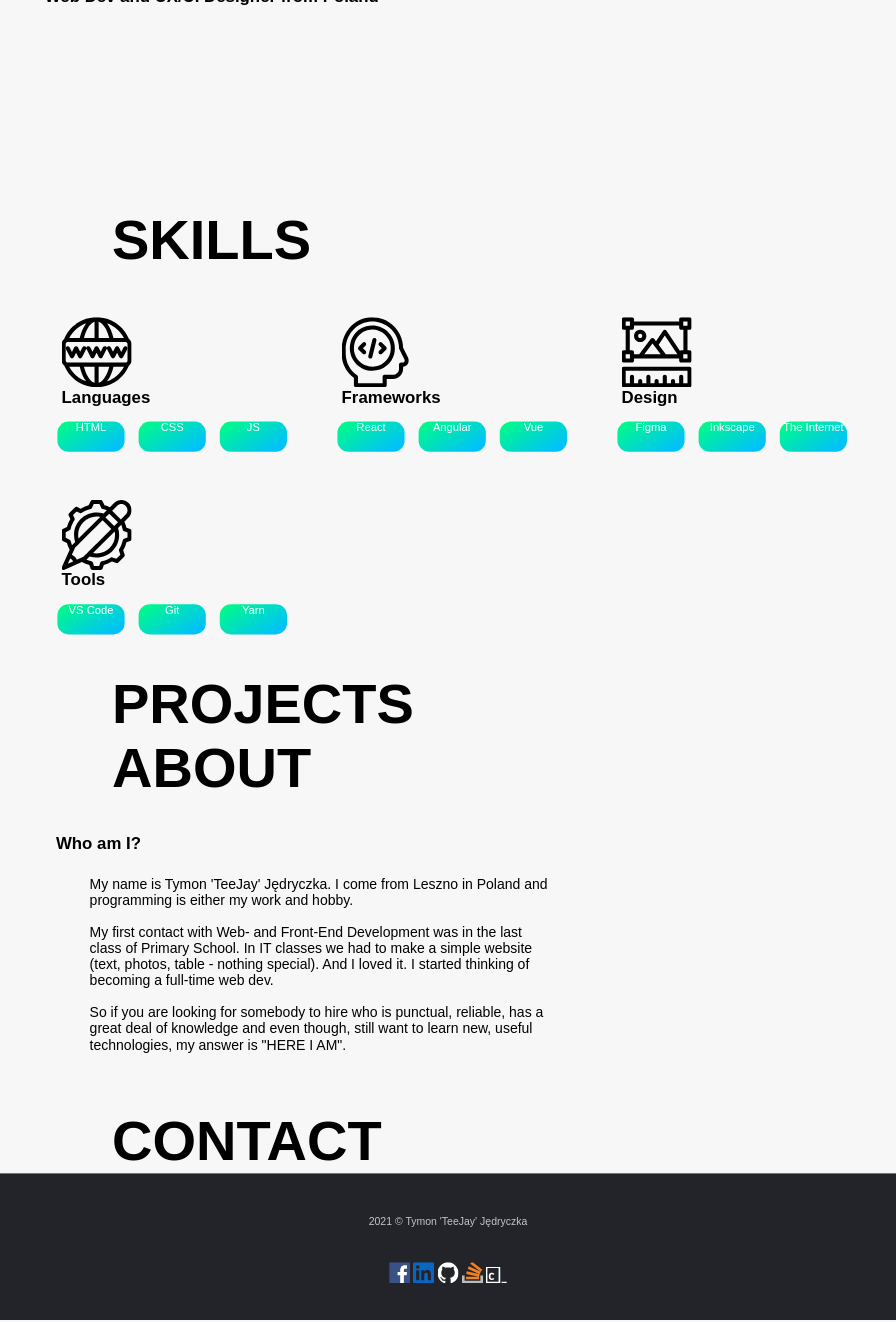
Repository: TeeJaysDev/Portfolio
Page: index.html
An editor plug-in stored every save of this project. The page is shown before and after the next save, followed by the edit.
The browser window is 1280 px wide. The pictures show the part of the page from y = 766 to 2686 px (the page is 2654 px tall before and 2686 px after), at 70% of full size.

Above is the page before, as saved 2021-04-24 20:46:00.

### index.html
<!DOCTYPE html>
<html lang="en">
<head>
    <meta charset="UTF-8">
    <meta http-equiv="X-UA-Compatible" content="IE=edge">
    <meta name="viewport" content="width=device-width, initial-scale=1.0">
    <script type="text/javascript" src="script.js"></script>
    <link rel="stylesheet" href="style.css">
    <link href="https://fonts.googleapis.com/css2?family=Raleway&display=swap" rel="stylesheet">
    <link href="https://fonts.googleapis.com/css2?family=Quicksand:wght@700&display=swap" rel="stylesheet">
    <title>Tymon Jędryczka | Portfolio</title>
</head>
<body>
    <nav>
        <a href="#skills"><h3>skills</h3></a>
        <a href="#projects"><h3>projects</h3></a>
        <a href="#about"><h3>about</h3></a>
        <a href="#contact"><h3>contact</h3></a>
    </nav>
    <header>
        <h2 class="welcome_part_h1">h1</h2>
        <h1 class="welcome_part">
            Hi, I'm <strong>Tymon</strong><br>
            I design <strong>and</strong><br>
            build <strong>incredible</strong><br>
            websites / <strong>webapps</strong>
        </h1>
        <h2 class="welcome_part_h2">
            Web Dev and UX/UI Designer from Poland
        </h2>
    </header>
    <main>
        <h1>
            SKILLS
        </h1>
        <section id="skills">
                <div class="languages">
                    <div class="box">
                        <div class="imageh2">
                            <img src="Images/svg/languages.svg">
                            <h2>Languages</h2>
                        </div>
                        <div class="text">
                            <li>HTML</li>
                            <li>CSS</li>
                            <li>JS</li>
                        </div>
                    </div>
                </div>
                <div class="frameworks">
                    <div class="box">
                        <div class="imageh2">
                            <img src="Images/svg/frameworks.svg">
                            <h2>Frameworks</h2>
                        </div>
                        <div class="text">
                            <li>React</li>
                            <li>Angular</li>
                            <li>Vue</li>
                        </div>
                    </div>
                </div>
                <div class="design">
                    <div class="box">
                        <div class="imageh2">
                            <img src="Images/svg/design.svg">
                            <h2>Design</h2>
                        </div>
                        <div class="text">
                            <li>Figma</li>
                            <li>Inkscape</li>
                            <li>The Internet</li>
                        </div>
                    </div>
                </div>
                <div class="tools">
                    <div class="box">
                        <div class="imageh2">
                            <img src="Images/svg/tools.svg">
                            <h2>Tools</h2>
                        </div>
                        <div class="text">
                            <li>VS Code</li>
                            <li>Git</li>
                            <li>Yarn</li>
                        </div>
                    </div>
                </div>
        </section>
        <section id="projects">
            <h1>
                PROJECTS
            </h1>
        </section>
        <section id="about">
            <h1>
                ABOUT
            </h1>
            <h2>
                Who am I?
            </h2>
            <p>
                My name is Tymon 'TeeJay' Jędryczka. I come from Leszno in Poland and programming is either my work and hobby.
                <br><br>
                My first contact with Web- and Front-End Development was in the last class of Primary School. In IT classes we had to make a simple website (text, photos, table - nothing special). And I loved it. I started thinking of becoming a full-time web dev.
                <!-- <br><br> I am also a self-taught dev and with CodeCademy and YouTube I get knowledge of HTML5, CSS3, JS, and its frameworks (React, Angular, Vue). I call myself a 2-in-1 developer 'cause I design things (usually in Figma) and then make them real by writing some code. -->
                <br><br>
                So if you are looking for somebody to hire who is punctual, reliable, has a great deal of knowledge and even though, still want to learn new, useful technologies, my answer is "HERE I AM".
            </p>
        </section>
        <section id="contact">
            <h1>
                CONTACT
            </h1>
        </section>
    </main>
    <footer>
        <h4>2021 &copy; Tymon 'TeeJay' Jędryczka</h4>
        <li><a href="https://facebook.com/tymonjedr/" target="_blank"><img src="Images/svg/facebook.svg" alt="Facebook LOGO"></a></li>
        <li><a href="https://linkedin.com/in/tymon-jedryczka/" target="_blank"><img src="Images/svg/linkedin.svg" alt="LinkedIn LOGO"></a></li>
        <li><a href="https://github.com/TeeJaysDev" target="_blank"><img src="Images/svg/github.svg" alt="GitHub LOGO"></a></li>
        <li><a href="https://stackoverflow.com/users/15029595/teejaysdev" target="_blank"><img src="Images/svg/stack.svg" alt="Stack LOGO"></a></li>
        <li><a href="https://codecademy.com/profiles/TeeJaysDev" target=”_blank”><img src="Images/svg/codecademy.svg" alt="CodeCademy LOGO"></a></li>
    </footer>
</body>
</html>

### style.css
* {
    margin: 0;
    padding: 0;
    font-family: sans-serif;
    text-decoration: none;
}

body {
    background-color: #F7F7F7;
}

nav {
    display: flex;
    justify-content: flex-end;
    margin-right: 0rem;
    margin-top: 0rem;
}

nav a {
    color: #000000;
    padding: 0.938rem;
    margin-top: 2rem;
    margin-right: 3.125rem;
    font-size: 1.563rem;
}

.welcome_part_h1 {
    font-family: monospace;
    font-size: 3.75rem;
    margin-top: 9rem;
    margin-left: 2.5rem;
    margin-bottom: 0rem;
}

.welcome_part {
    margin-top: 2rem;
    margin-left: 5rem;
    margin-bottom: 2rem;
    font-family: Raleway;
    font-weight: lighter;
    font-size: 5rem;
    min-width: 18ch;
}

.welcome_part_h2 {
    margin-bottom: 18rem;
    margin-left: 4rem;
}

#skills {
    display: grid;
    align-items: flex-end;
    grid-template-columns: repeat(auto-fit, 400px);
    margin-left: 4.5rem;
}

h1 {
    font-size: 5rem;
    margin-left: 10rem;
}

.imageh2 {
    display: flex;
    flex-wrap: wrap;
    align-items: flex-start;
    margin: 4rem 20rem 1rem 1rem;
}

.text {
    display: flex;
    flex-wrap: wrap;
}

.text li {
    list-style: none;
    margin: 1rem;
    color: #fff;
    text-align: center;
    align-items: center;
    border-radius: 1rem;
    margin: 5px 10px;
    width: 6rem;
    background-image: linear-gradient(147deg,#00FF7F,#00BFFF 90%);
    padding-bottom: 25px;
}

#about p {
    font-size: 1.25rem;
    max-width: 60ch;
    margin-left: 8rem;
    margin-bottom: 5rem;
    margin-top: 2rem;
}

#about h2 {
    margin-left: 5rem;
    margin-top: 3rem;
}

#projects h1 {
    width: 15%;
    margin-top: 3rem;
}

#about h1 {
    width: 15%;
}

#contact h1 {
    width: 17%;
}

footer, footer h4 {
    color: #C5C4C6;
    background-color: #232429;
    font-family: Arial, Helvetica, sans-serif;
    font-size: 0.938rem;
    font-weight: lighter;
    text-align: center;
    z-index: -1;
    padding-top: 1.875rem;
    padding-bottom: 3.125rem;
}

footer li{
    margin: 0 1.25;
    display: inline;
}

body .error {
    text-align: center;
}

.error p {
    font-family: Quicksand;
    font-weight: 700;
    color: #000000;
    font-size: 20rem;
    margin-top: 5rem;
}

.error button a {
    text-decoration: none;
    text-align: center;
    color: #000000;
    font-size: 2rem;
    padding: 3rem;
}

.error .mainError {
    display: flex;
    text-align: center;
    margin-left: 40rem;
    margin-right: auto;
}

.error img {
    width: 250px;
}

.error button {
    margin-top: 10rem;
}
/* Smartphone (portrait) --- */

@media only screen
and (min-width: 320px)
and (max-width: 767px) {

    nav {
        display: flex;
        justify-content: flex-end;
        margin-right: 1rem;
        margin-top: 0rem;
    }

    nav a {
        padding: 0.938rem;
        margin-top: 2rem;
        margin-right: -1rem;
        font-size: 1rem;
    }

     main .welcome_part_h1 {
        font-family: monospace;
        font-size: 2.5rem;
        margin-top: 9rem;
        margin-left: 1rem;
    }

    main .welcome_part {
        margin-top: 1rem;
        margin-left: 2rem;
        margin-bottom: 2rem;
        font-size: 1.63rem;
        min-width: 18ch;
    }

    main .welcome_part_h2 {
        margin-bottom: 10rem;
        margin-left: 2rem;
        font-size: 1rem;
    }

    section h1 {
        font-size: 3rem;
        margin-bottom: 1.563rem;
    }

    #about p {
        font-size: 1.25rem;
        max-width: 22ch;
        margin-left: 2rem;
        margin-bottom: 5rem;
    }

    #about h2 {
        margin-left: 2rem;
        margin-top: 5rem;
    }

    footer, footer h4 {
        padding-top: 1.875rem;
        padding-bottom: 3.125rem;
        width: 100%;
    }

    footer li{
        margin: 0 1.25;
        display: inline;
    }
}



@media only screen
and (min-width: 768px)
and (max-width: 1024px)
and (orientation: portrait) {

    * {
        margin: 0;
        padding: 0;
        font-family: sans-serif;
        text-decoration: none;
    }

    body {
        background-color: #F7F7F7;
    }

    nav {
        display: flex;
        justify-content: flex-end;
        margin-right: 0rem;
        margin-top: 0rem;
    }

    nav a {
        color: #000000;
        padding: 0.938rem;
        margin-top: 2rem;
        margin-right: 3.125rem;
        font-size: 1.563rem;
    }

     main .welcome_part_h1 {
        font-family: monospace;
        font-size: 3.75rem;
        margin-top: 13rem;
        margin-left: 2.5rem;
        margin-bottom: 0rem;
    }

    main .welcome_part {
        margin-top: 2rem;
        margin-left: 5rem;
        margin-bottom: 2rem;
        font-family: Raleway;
        font-weight: lighter;
        font-size: 3.9rem;
        min-width: 18ch;
    }

    main .welcome_part_h2 {
        margin-bottom: 20rem;
        margin-left: 4rem;
    }

    #about p {
        font-size: 1.25rem;
        max-width: 45ch;
        margin-left: 8rem;
        margin-bottom: 5rem;
    }

    #about h2 {
        margin-left: 5rem;
        margin-top: 5rem;
    }

    #projects h1 {
        width: 15%;
        margin-top: 3rem;
    }

    #about h1 {
        width: 15%;
    }

    #contact h1 {
        width: 17%;
    }

    footer, footer h4 {
        color: #C5C4C6;
        background-color: #232429;
        font-family: Arial, Helvetica, sans-serif;
        font-size: 0.938rem;
        font-weight: lighter;
        text-align: center;
        z-index: -1;
        width: 100%;
        padding-top: 1.875rem;
        padding-bottom: 3.125rem;
    }

    body .error {
        text-align: center;
    }

    .error p {
        font-family: Quicksand;
        font-weight: 700;
        color: #000000;
        font-size: 20rem;
        margin-top: 5rem;
    }

    .error button a {
        text-decoration: none;
        text-align: center;
        color: #000000;
        font-size: 2rem;
        padding: 3rem;
    }

    .error .mainError {
        display: flex;
        text-align: center;
        margin-left: 40rem;
        margin-right: auto;
    }

    .error img {
        width: 250px;
    }

    .error button {
        margin-top: 10rem;
    }
}

@media only screen
and (min-width: 953)
and (max-width: 1230) {
     p {
        margin-left: 1rem;
    }
}

@media only screen
and (min-width: 550px)
and (max-width: 700px) {
    main .welcome_part_h1 {
        font-family: monospace;
        font-size: 3.75rem;
        margin-top: 13rem;
        margin-left: 2.5rem;
        margin-bottom: 0rem;
    }

    main .welcome_part {
        margin-top: 2rem;
        margin-left: 5rem;
        margin-bottom: 2rem;
        font-size: 2.6rem;
    }

    main .welcome_part_h2 {
        margin-bottom: 20rem;
        margin-left: 4rem;
    }
}

@media only screen
and (min-width: 1920px) {
    main .welcome_part_h1 {
        font-family: monospace;
        font-size: 3.75rem;
        margin-top: 13rem;
        margin-left: 2.5rem;
        margin-bottom: 0rem;
    }

    main .welcome_part {
        margin-top: 2rem;
        margin-left: 5rem;
        margin-bottom: 2rem;
        font-size: 5rem;
    }

    main .welcome_part_h2 {
        margin-bottom: 20rem;
        margin-left: 4rem;
        font-size: 2.5rem;
    }
}

@media only screen
and (max-width: 950) {

}

Loaded but not shown: script.js (no stored copy; drawn as an empty file)

After the next save:
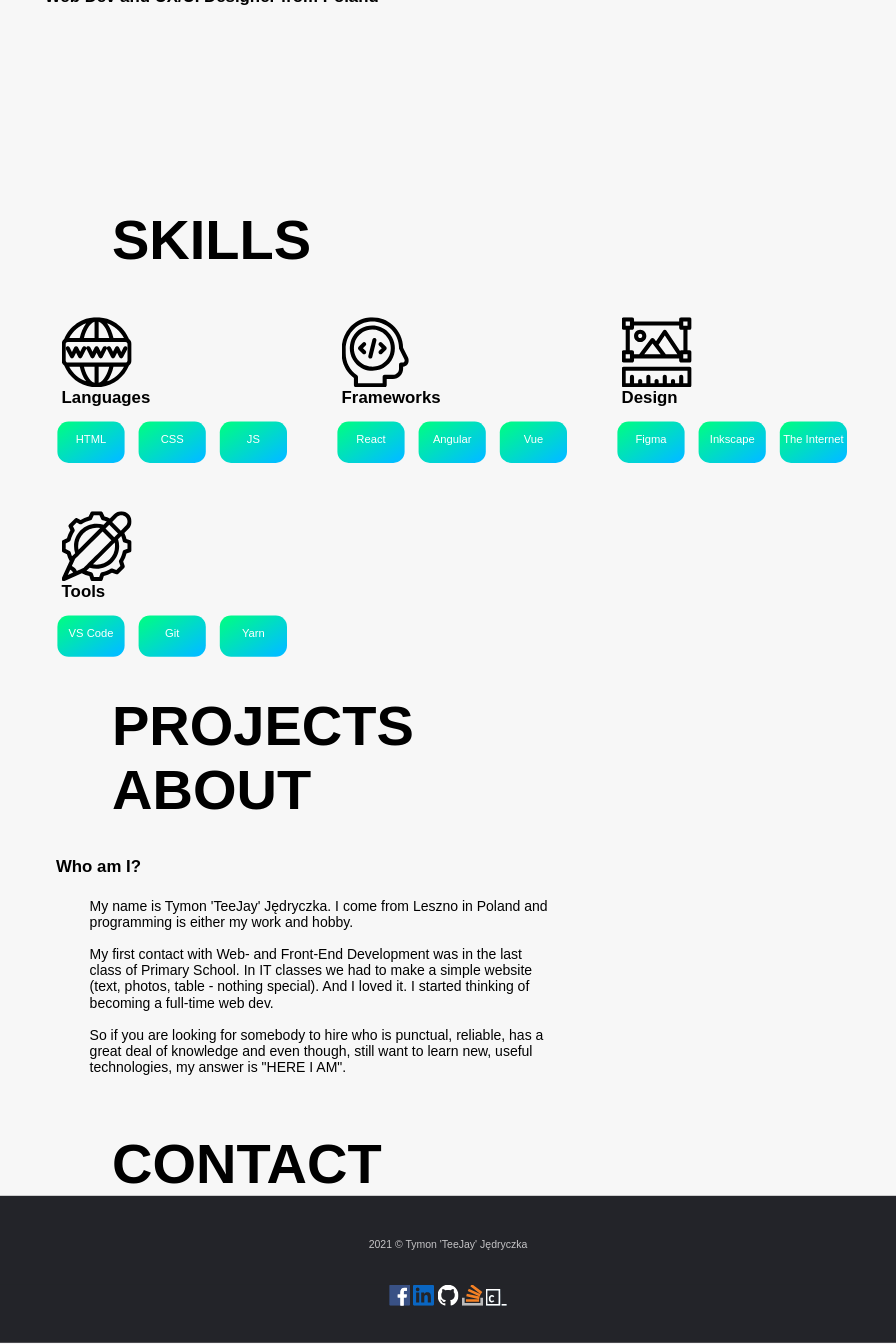
Saved 4 s later.
--- a/style.css
+++ b/style.css
@@ -75,6 +75,7 @@ h1 {
     list-style: none;
     margin: 1rem;
     color: #fff;
+    padding-top: 1rem;
     text-align: center;
     align-items: center;
     border-radius: 1rem;
